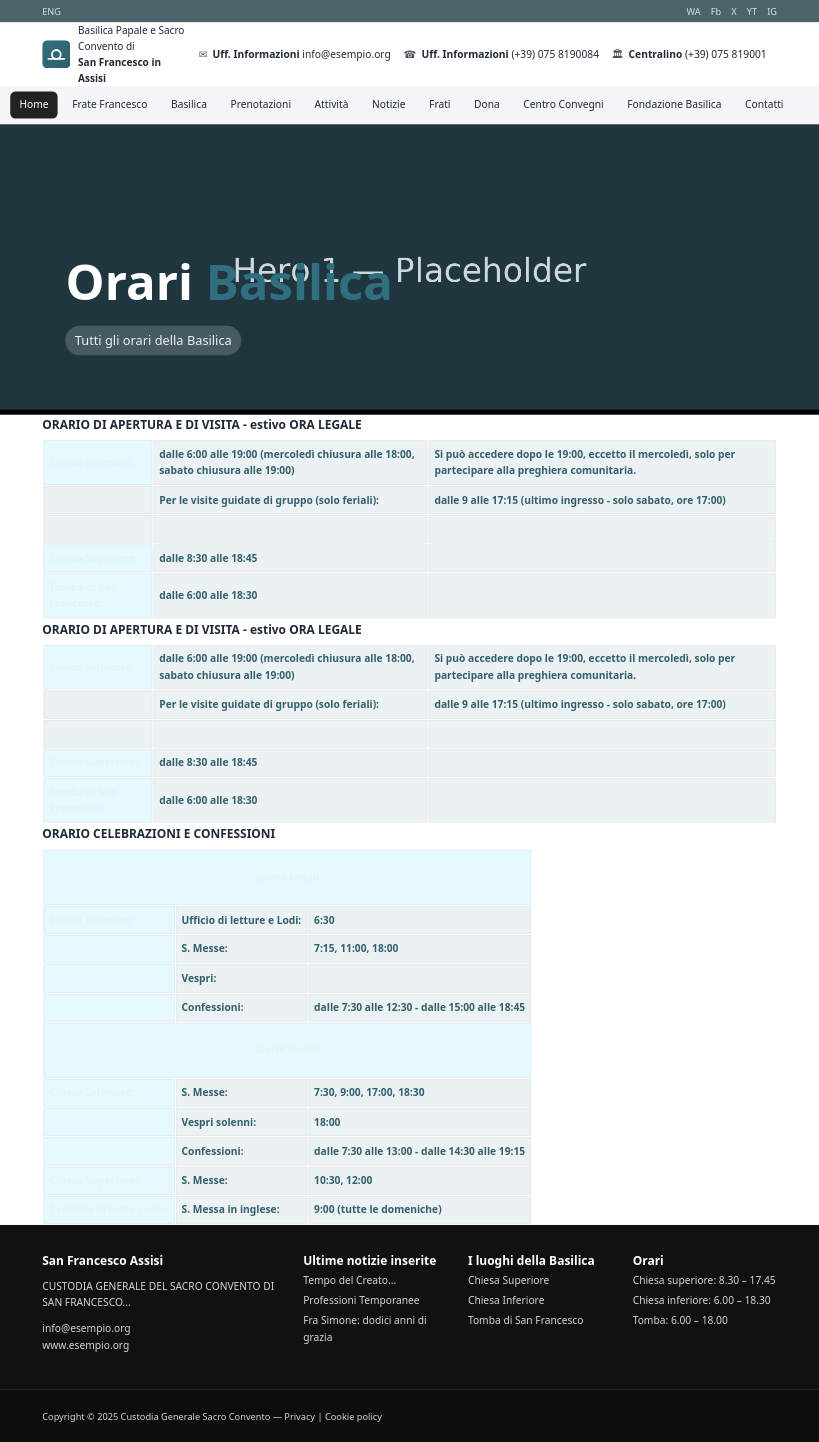
Repository: leacappello/basilica-platform-project
Page: pages/orari.html
These files come from the project's save history. The page is drawn as it stood at one moment and after the next save; the edit follows.
The browser window is 1280 px wide. The pictures show the whole page, at 64% of full size.

Above is the page before, as saved 2025-09-15 12:25:35.
Console error (its wording comes from the project's code and is left out).

After the next save:
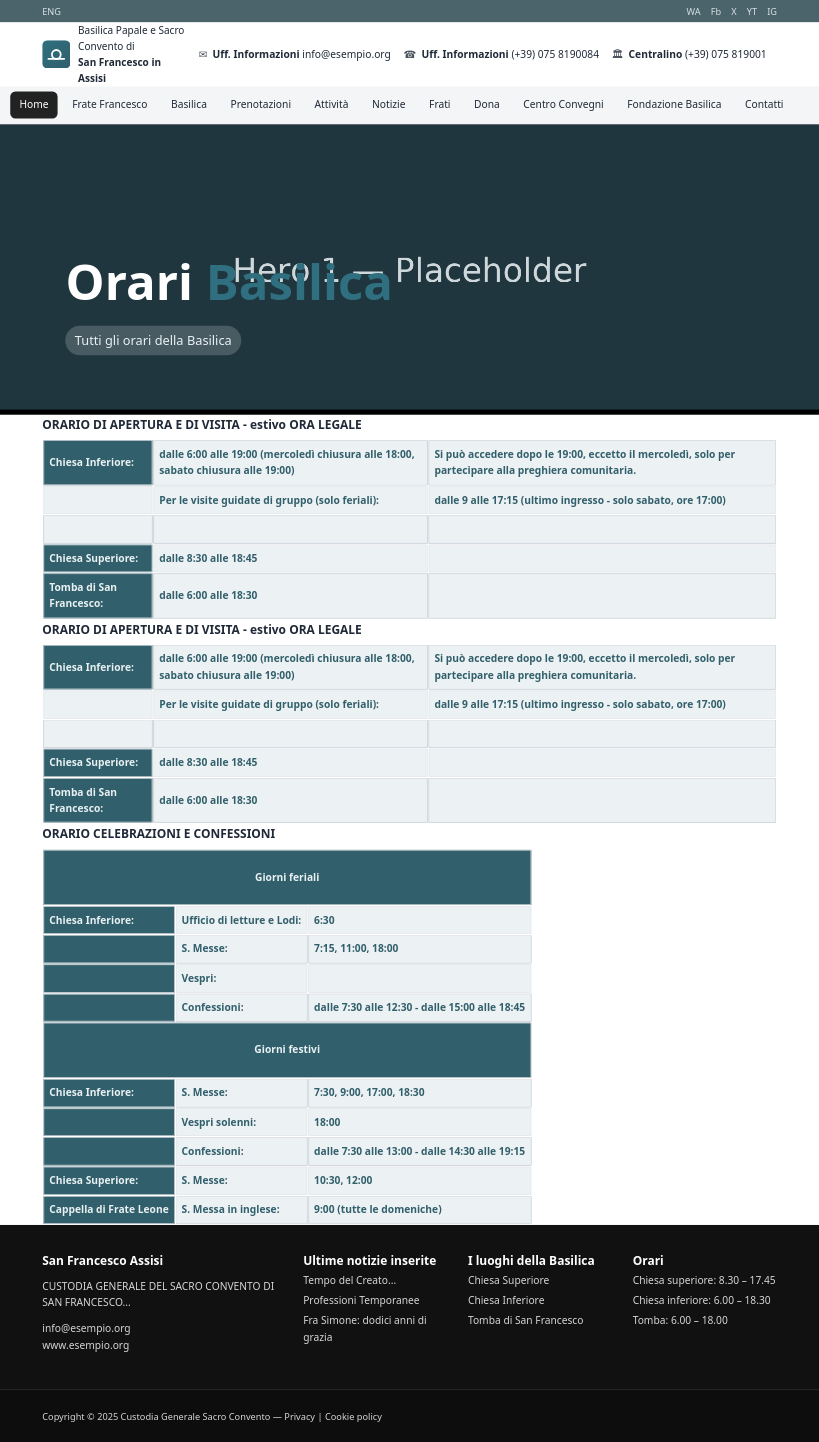
Saved 19 s later.
--- a/assets/styles.css
+++ b/assets/styles.css
@@ -226,7 +226,7 @@ a:hover{text-decoration:underline}
 }
 
 .orari th{
-  background:#e4faff;
+  background:#315f6b;
   color:#e9f1f3;
   font-weight:600;
   text-align:left;
@@ -242,4 +242,8 @@ a:hover{text-decoration:underline}
 .orari tr:nth-child(even){
   background:#ecf1f3;
 }
+
+.orari tr:nth-child(odd){
+  background:#315f6b;
+}
 /* ============== Tabella Orari ============== */
